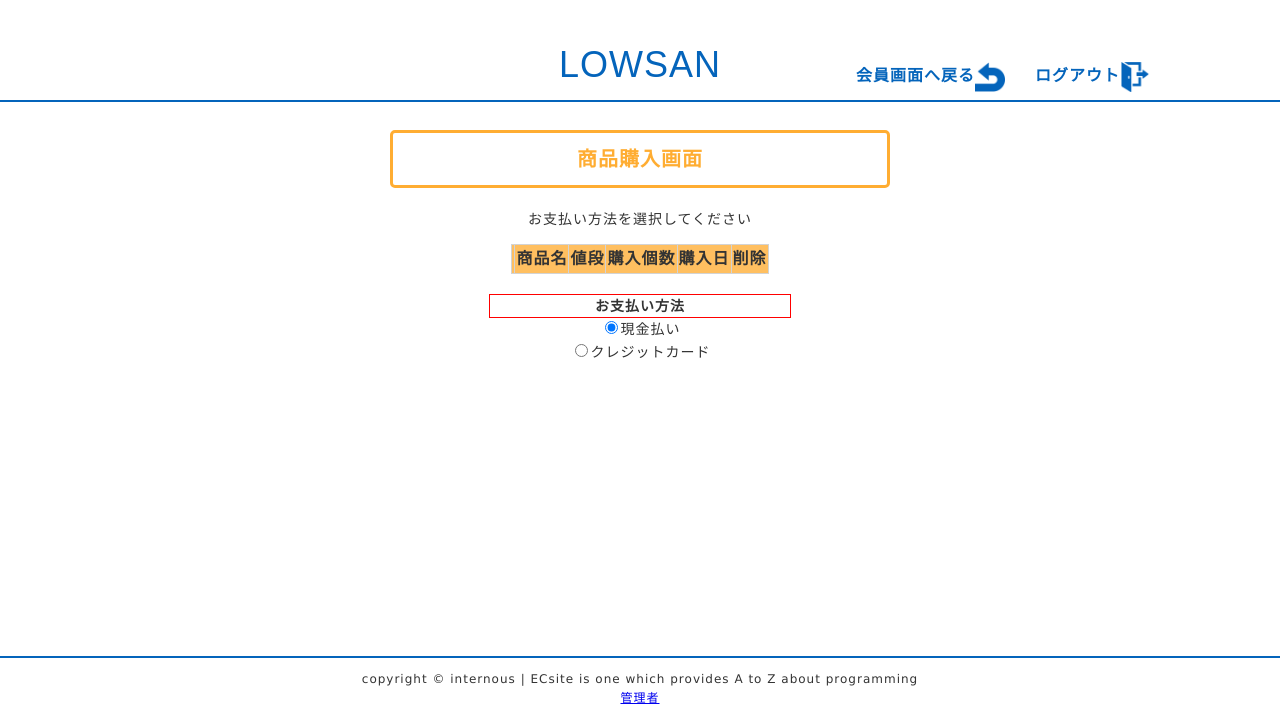
Repository: nishimura0212/myECsite
Page: http://localhost/ecsite/buyItem.jsp
The author's editor kept a copy of each file at every save. The page is drawn from the files as they stood at one save, then again after the next save.
The browser window is 1280 px wide. The pictures show the whole page.
The page is served by Tomcat 9. Other server files are loaded and not shown.

Above is the page before, as saved 2019-01-02 14:37:46.

### ecsite/WebContent/buyItem.jsp
<%@ page language="java" contentType="text/html; charset=UTF-8"
    pageEncoding="UTF-8"%>
<%@ taglib prefix="s" uri="/struts-tags" %>
<!DOCTYPE html>
<html>
<head>
<meta http-equiv="Content-Type" content="text/html; charset=UTF-8"/>
<meta http-equiv="Content-Script-Type" content="text/javascript"/>
<meta http-equiv="imagetoolbar" content="no"/>
<meta name="description" content=""/>
<meta name="keywords" content=""/>
<title>商品購入画面</title>
<link rel="stylesheet" type="text/css" href="css/style.css">
</head>
<body>
	<div id="header">
		<p>LOWSAN</p>
		<div id="header-icon">
			<ul>
				<li class="icon">
					<a href="GoUserAction">
					会員画面へ戻る<img src="./img/icon/back.png" width="30px" height="30px">
					</a>
				</li>
				<li class="icon">
					<a href="LogoutAction">
					ログアウト<img src="./img/icon/logout.png" width="30px" height="30px">
					</a>
				</li>
			</ul>
		</div>
	</div>
	<div id="main">
		<div id="top">
			<p>商品購入画面</p>
		</div>
		<p class="comment">お支払い方法を選択してください</p>
		<table class="history-table">
			<tr>
				<th></th>
				<th>商品名</th>
				<th>値段</th>
				<th>購入個数</th>
				<th>購入日</th>
				<th>削除</th>
			</tr>
			<s:iterator value="cartList">
				<tr>
					<td class="td-img"><img
						src='<s:property value="itemImage"/>' class="buy-item-image"></td>
					<td><s:property value="item" /></td>
					<td><s:property value="totalPrice" /><span>円</span></td>
					<td><s:property value="totalCount" /><span>個</span></td>
					<td><s:property value="insert_date" /></td>
					<td><input type="checkbox" name="delete"
						value='<s:property value="id"/>' /></td>
				</tr>
			</s:iterator>
		</table>
		<div class="pay-method">
			<h4>お支払い方法</h4>
			<input type="radio" name="pay" value="1" checked="checked" class="radio">現金払い
			<br><input type="radio" name="pay"value="2" class="radio">クレジットカード
		</div>
	</div>
	<div id="footer">
		<p>copyright &copy; internous | ECsite is one which provides A to Z about programming<br/>
		<a href = '<s:url action="AdminAction"/>'>管理者</a></p>
	</div>
</body>
</html>

### ecsite/WebContent/css/style.css
@CHARSET "UTF-8";

/* bodyレイアウト */
body{
	margin: 0;
	padding: 0;
	height: 100%;
	height: auto;
	line-height: 1.6;
	letter-spacing: 1px;
	font-family: Verdana,Helvetica,sans-serif;
	font-size: 12px;
	color: #333;
	background: #fff;
}

/* headerレイアウト */
#header{
	position: fixed;
	left: 0;
	top: 0;
	z-index: 2;
	width: 100%;
	height: 100px;
	text-align: center;
	background-color: #fff;
	border-bottom: 2px solid #0464bb;
}
#header p{
	color: #0464bb;
	font-family: "メイリオ",sans-serif;
	font-size: 36px;
}
#header-icon{
	position: absolute;
	top: 50px;
	right: 100px;
}
#header-icon .icon{
	float: left;
	margin: 0 auto;
	margin-right: 30px;
	list-style-type: none;
	font-size: 16px;
	font-weight: bold;
}
#header-icon .icon img{
	clear: both;
	vertical-align: middle;
}
#header-icon .icon a{
	color: #0464bb;
	text-decoration:none;
}
.icon:hover{
	cursor: pointer;
}

/* mainレイアウト */
#main{
	position: relative;
	top: 110px;
	width: 100%;
	padding-bottom: 60px;
}

.waku{
	margin-top: 50px;
}

/* 見出しレイアウト */
#top{
	width: 500px;
	margin: 0px auto;
	margin-top: 10px;
	text-align: center;
}
#top p{
	font-size: 20px;
	font-weight: bold;
	border: 3px solid #FFAD32;
	border-radius: 5px;
	color: #FFAD32;
	background-color: #fff;
	padding: 10px 0px;
}

/* tableレイアウト */
.table{
	margin: 0 auto;
	width: 800px;
	font-size: 24px;
	padding: 40px 30px 50px 20px;
	background-color: #FFFDEB;
	color: #FFAD32;
	border-radius: 10px;
}

/* ログイン画面 */
.textarea{
	width: 100%;
	height: 30px;
	font-size: 22px;
	padding-left: 1%;
	border-radius: 15px;
}
input[type="text"]:focus {
	border: 2px solid #FFD493;
	outline: 0;
}
input[type="password"]:focus {
	border: 2px solid #FFD493;
	outline: 0;
}
.error{
	margin: 0 auto;
	width: 500px;
	text-align: center;
}
.error p{
	color: #FF5151;
	font-size: 14px;
}
.single{
	margin-top: 20px;
	text-align: center;
	padding: 20px;
}
.single_btn{
	width: 100px;
	height: 40px;
	padding: 5px;
	background-color: #FFAD32;
	font-size: 12px;
	font-weight: bold;
	color: white;
	border-color: none;
	border-radius: 20px;
}
.single_btn:hover{
	background-color: #F99500;
	cursor: pointer;
}

/* 会員画面 */
.comment{
	text-align: center;
	font-size: 14px;
}
.main-text{
	text-align: center;
	margin-top: 10px;
}
.userButton{
	margin-top: 20px;
	width: 300px;
	height: 100px;
	color: #FFFDEB;
	font-size: 24px;
	background-color: #FFAD32;
	border-radius: 20px;
}
.userButton:hover{
	cursor: pointer;
	background-color: #F99500;
}

/* カテゴリ選択画面 */
.categoryBox{
	margin: 0 auto;
	margin-top: 30px;
	width: 600px;
	text-align: center;
}
.category{
	margin: 0 auto;
	display: inline-block;
	text-align: center;
}
.categoryCircle{
	margin: 0 auto;
	float: left;
}
.circle{
	width: 200px;
	height: 200px;
	margin: 0px 20px 10px 20px;
	border-radius: 50%;
	font-size: 30px;
	border: 5px solid #FFBF60;
	background-color: #FFFDEB;
}
.circle:hover{
	background-color: #FFBF60;
	color: #FFFDEB;
	border: none;
	cursor: pointer;
}
#empty{
	clear: both;
}

/* 商品選択画面 */
.item-wrap{
	width: 700px;
	margin: 30px auto;
	height: 100%;
	padding-bottom: 60px;
}
.itemBox{
	width: 300px;
	height: 250px;
	text-align: center;
	border: 2px dotted gray;
	margin: 20px 20px 20px 20px;
	background-color: #f9fcb6;
}
.itemBox img{
	width: 250px;
	height: 250px;
}
.itemName{
	margin: 0;
	font-size: 15px;
}
.flex-container{
	display: inline-flex;
}

/* 商品購入画面 */
.containerA{
	margin: 0 auto;
	margin-top: 20px;
	margin-right: 50px;
	text-align: center;
}
.left{
	width: 300px;
	height: 300px;
}
.left img{
	width: 100%;
}
.right{
	height: 300px;
	font-size: 20px;
	margin-top: 30px;
	border-collapse: collapse;
}
.td-left{
	text-align: center;
	background-color: #FFBF60;
	border: 1px solid lightgray;
}
.td-right{
	text-align: left;
	padding: 0px 10px;
	border: 1px solid lightgray;
}
.td-submit{
	background-color: #fff;
}
.select{
	width: 50px;
	font-size: 20px;
}
.select:hover{
	cursor: pointer;
}
.block{
	width: 100px;
	display: block;
}

/* 商品購入確認画面 */
.containerB{
	margin: 0 auto;
	margin-left: 150px;
	text-align: center;
}
.button{
	position: relative;
	top: 350px;
	right: 210px;
}
.gray_btn{
	width: 100px;
	height: 40px;
	padding: 5px;
	background-color: #808080;
	font-size: 12px;
	font-weight: bold;
	color: white;
	border-color: none;
	border-radius: 20px;
}
.gray_btn:hover{
	background-color: #666666;
	cursor: pointer;
}

/* 商品購入完了画面 */
.center{
	width: 400px;
	margin: 0 auto;
	margin-top: 50px;
}
.comment p{
	height: 50px;
	line-height: 50px;
	font-size: 16px;
	border: 2px solid gray;
	border-radius: 5px;
}

/* 商品購入履歴画面 */
.history-table{
	margin:0 auto;
	font-size: 16px;
	border-collapse: collapse;
	border: 1px solid lightgray;
	text-align: center;
}
.history-table th{
	border: 1px solid lightgray;
}
.history-table td,.td-img{
	border: 1px solid lightgray;
}
.history-table tr:first-child{
	background-color: #FFBF60;
}
.td-img img{
	width: 100px;
	height: 100px;
}

/* 商品購入画面 */
.pay-method{
	text-align: center;
	font-size: 14px;
	padding-bottom: 60px;
}
.pay-method h4{
	margin: 0 auto;
	margin-top: 20px;
	width: 300px;
	border: 1px solid red;
}





.buy-item-button{
	margin: 20px;
	width: 100px;
	height: 50px;
	background-color: #eee;
	border-radius: 20%;
}
.buy-item-button:hover{
	cursor: pointer;
	background-color: #f9fcb6;
}
.pointer:hover{
	cursor: pointer;
}
.button1{
	margin: 0 20px auto;
	float: left;
}
.submit{
	width: 300px;
	height: 400px;
	border-radius: 10%;
	background-color: #f8f8f8;
	font-size: 30px;
}
.submit:hover{
	box-shadow: none;
	background-color: #ffff80;
	cursor: pointer;
}
#text-link{
	display: inline-block;
	text-align: right;
}
#text-right{
	display: inline-block;
	text-align: right;
}
.text-right{
	display: inline-block;
	margin-left: 4%;
}
#wrap{
	margin: 0 40% auto;
}
#left{
	float: left;
	width: 50%;
}
#right{
	float: left;
	width: 50%;
}
.text-center{
	display: inline-block;
	text-align: center;
}
#text{
	clear: left;
	padding-top: 20px;
	width: 780px;
	margin: 30px auto;
}
.text{
	text-align: center;
}
#list{
	border: 2px dotted gray;
	width: 500px;
	height: 100px;
	background-color: lightyellow;
	margin: 30px auto;
}
#list ul li{
	display: inline-block;
	list-style-type: none;
	margin-right: 2em;
}
#button{
	display: inline-block;
	text-align: center;
}
#empty{
	clear: both;
}
.button{
	margin: 0 auto;
	float: left;
	margin-right: 10px;
}
.button:hover{
	cursor: pointer;
}
.category_button{
	margin: 0 auto;
	float: left;
}
.item{
	width: 200px;
	height: 200px;
	margin: 0px 20px 10px 20px;
	border-radius: 50%;
	font-size: 30px;
}





/* footerレイアウト */
#footer{
	clear: both;
	position: fixed;
	left: 0;
	bottom: 0;
	z-index: 2;
	width: 100%;
	background-color: #fff;
	border-top: 2px solid #0464bb;
}
#footer p{
	text-align: center;
}

After the next save:
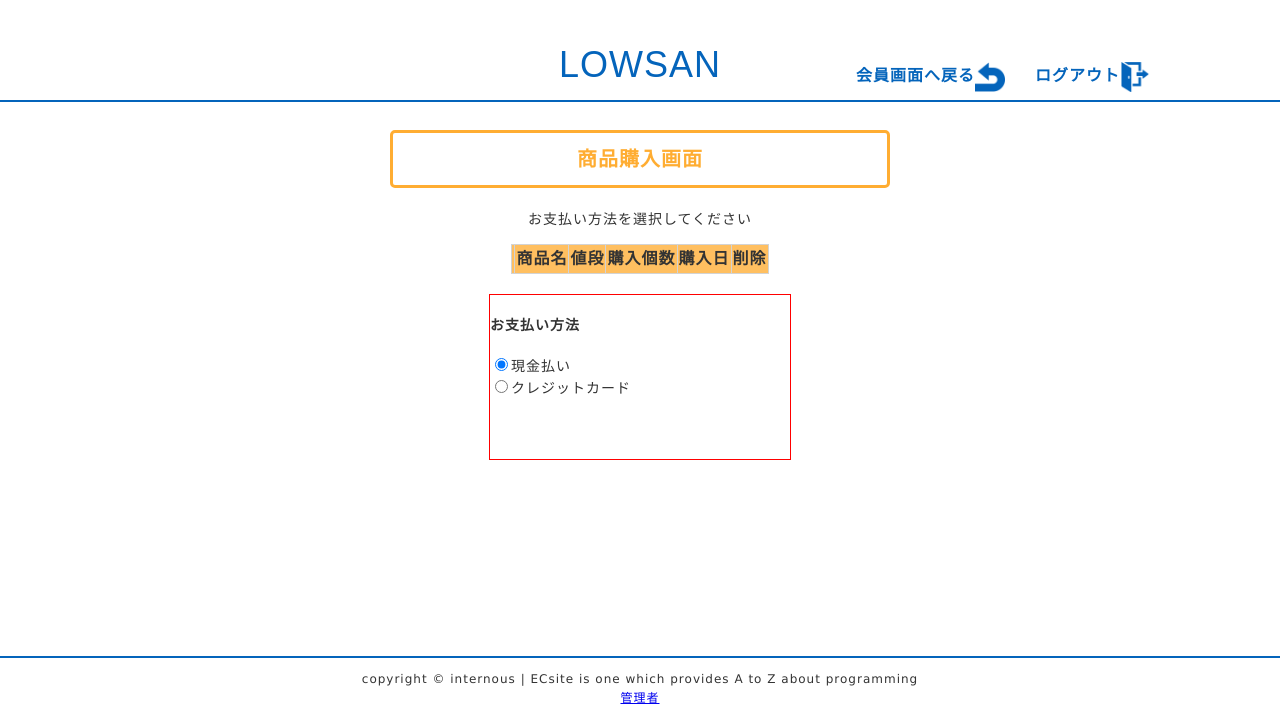
Saved 106 s later.
--- a/ecsite/WebContent/css/style.css
+++ b/ecsite/WebContent/css/style.css
@@ -337,15 +337,15 @@
 
 /* 商品購入画面 */
 .pay-method{
-	text-align: center;
-	font-size: 14px;
-	padding-bottom: 60px;
-}
-.pay-method h4{
 	margin: 0 auto;
 	margin-top: 20px;
 	width: 300px;
 	border: 1px solid red;
+	font-size: 14px;
+	padding-bottom: 60px;
+}
+.pay-method h4{
+
 }
 
 

After the save that followed:
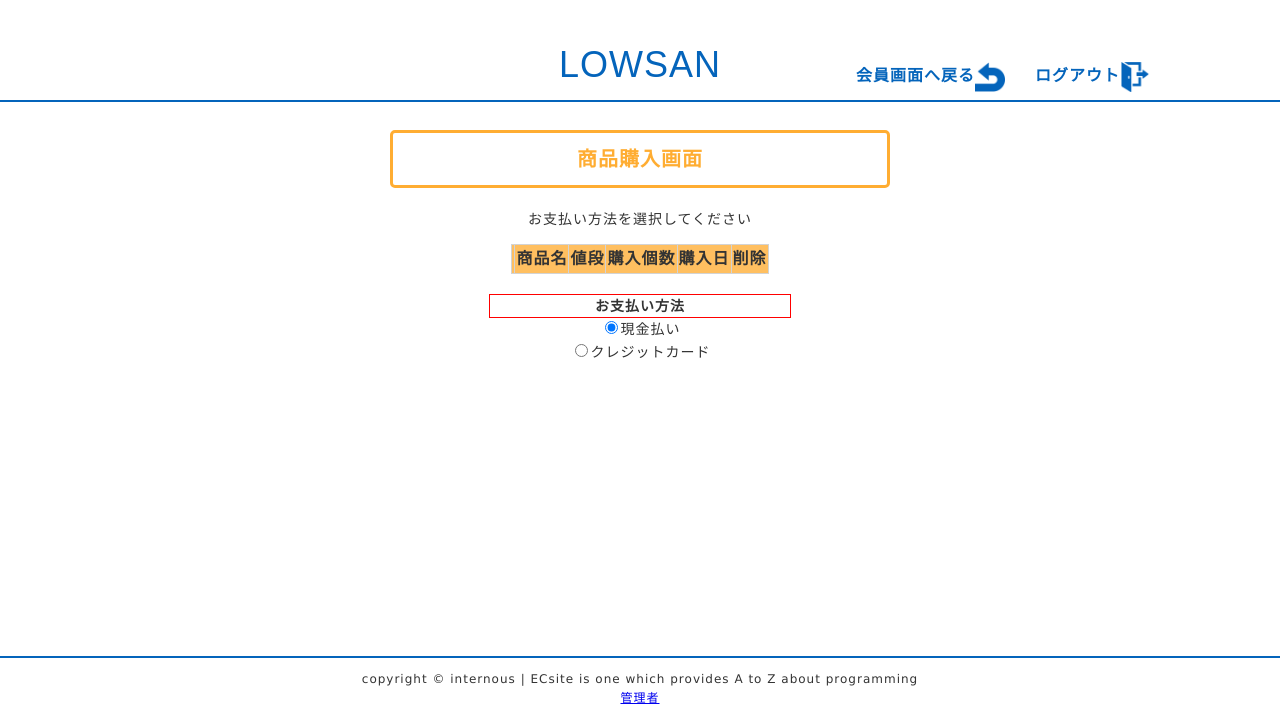
Saved 18 s later.
--- a/ecsite/WebContent/css/style.css
+++ b/ecsite/WebContent/css/style.css
@@ -337,15 +337,15 @@
 
 /* 商品購入画面 */
 .pay-method{
+	text-align: center;
+	font-size: 14px;
+	padding-bottom: 60px;
+}
+.pay-method h4{
 	margin: 0 auto;
 	margin-top: 20px;
 	width: 300px;
 	border: 1px solid red;
-	font-size: 14px;
-	padding-bottom: 60px;
-}
-.pay-method h4{
-
 }
 
 
